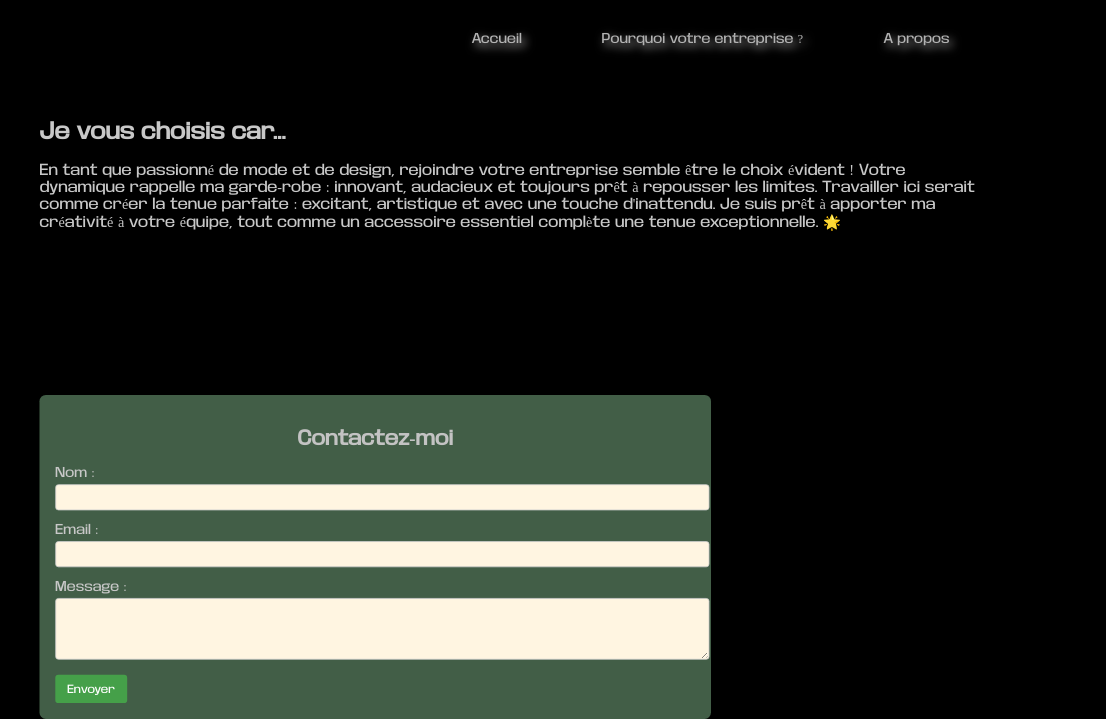
Repository: inessben/application
Page: about/about.html
These files come from the project's save history. The page is drawn as it stood at one moment and after the next save; the edit follows.
The browser window is 1280 px wide. The page is 1400 px wide, so the pictures cover 1400 px, including what lies to the right of the window. The pictures show the whole page, at 79% of full size.

Above is the page before, as saved 2023-12-03 22:38:06.

After the next save:
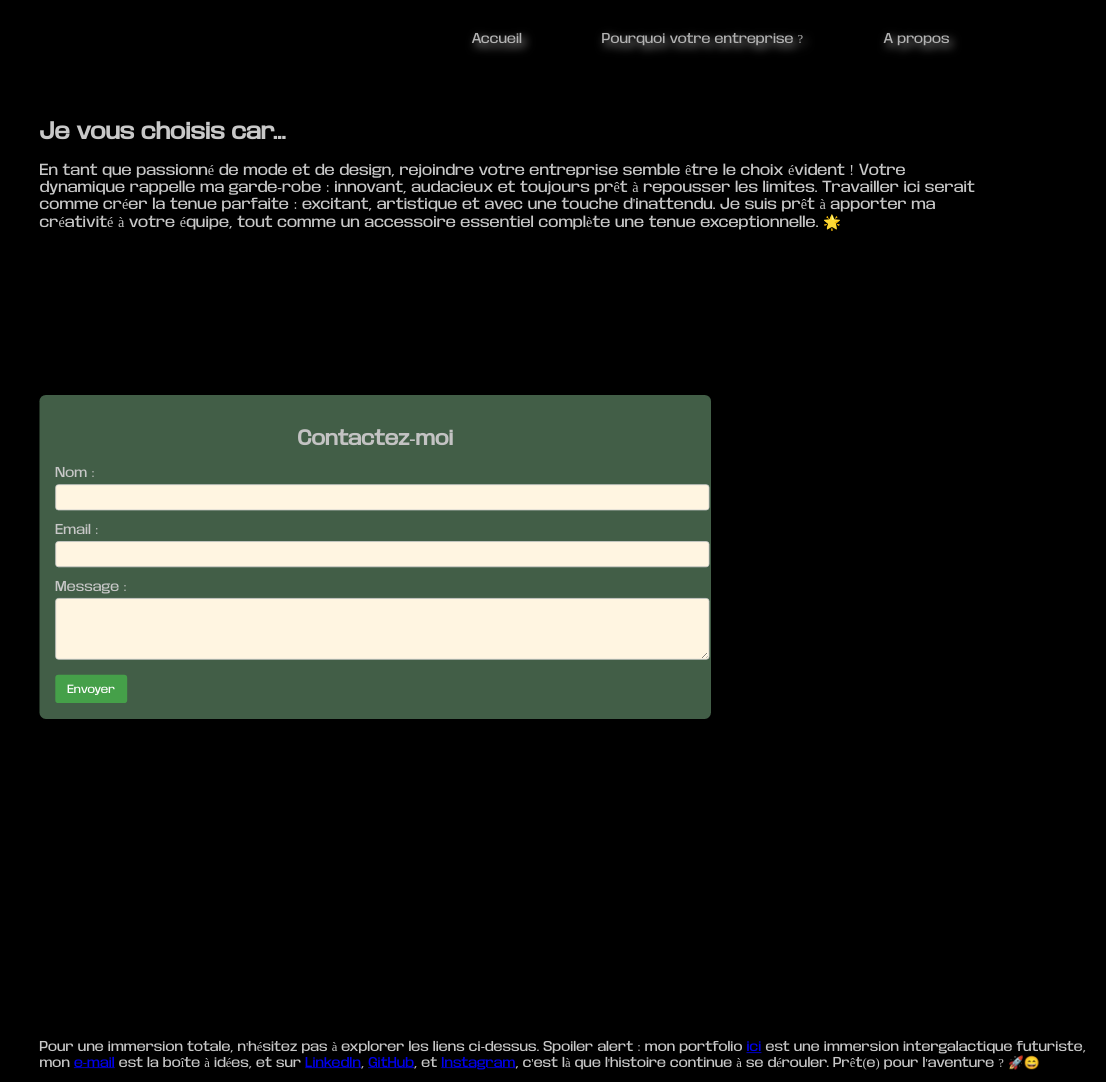
Saved 15 s later.
--- a/about/about.css
+++ b/about/about.css
@@ -109,8 +109,8 @@ body {
 
 footer
 {
-    position: relative;
-    bottom: 300px;
+    position: absolute;
+    bottom: -700px;
     font-size: 16px;
     width: 1350px;
     margin: 50px;
